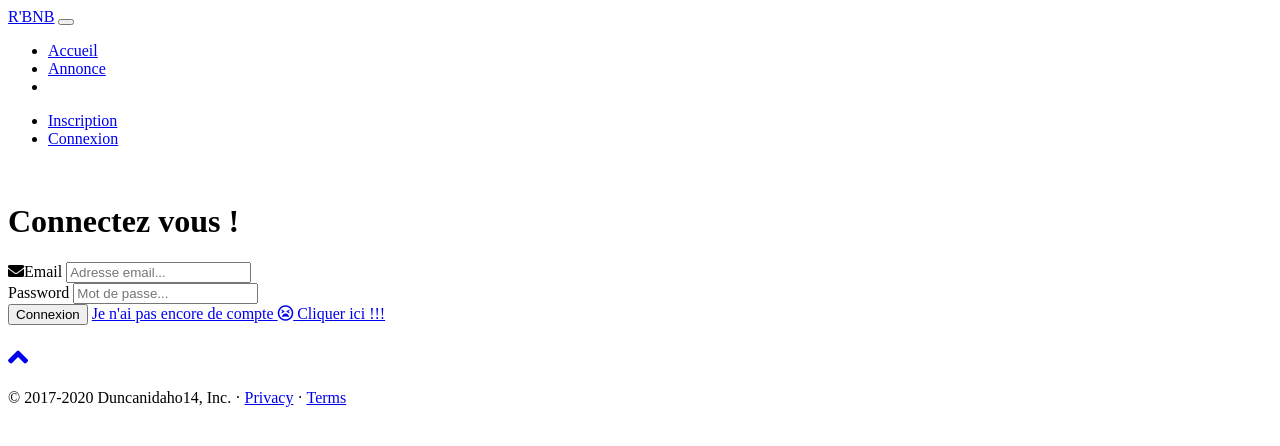
Repository: duncanidaho14/airbnb
Page: templates/account/login.html.twig
An editor plug-in stored every save of this project. The page is shown before and after the next save, followed by the edit.
The browser window is 1280 px wide. The pictures show the whole page.
Some web libraries are served in a nearby version. The page is a Twig template of a Symfony application; nobody is signed in and links lead nowhere. Other server files are loaded and not shown. The template is opened directly, without the code that normally fills it, so the values that code supplies are empty.

Above is the page before, as saved 2020-10-11 02:23:11.

### templates/account/login.html.twig
{% extends 'base.html.twig' %}

{% block title %}Connexion au site{% endblock %}

{% block body %}
<div class="container">
    <div class="row">
        <div class="col-md-3">&nbsp;</div>
        <div class="col-md-6">
            <div class="bg-dark py-3 px3">
                <h1>Connectez vous !</h1>

                {% if hasError %}
                    <div class="alert alert-danger">Une erreur est survenue, le nom d'utilsateur ou alors le mot de passe est invalide</div>
                {% endif %}
                <form action="{{path('account_login')}}" method="post">
                    <div class="form-group">
                        <label for="email"><i class="fas fa-envelope"></i>Email</label>
                        <input type="email" name="_username" id="email" class="form-control" placeholder="Adresse email..." required value="{{username}}">
                    </div>
                    <div class="form-group">
                        <label for="password">Password</label>
                        <input type="password" name="_password" id="password" class="form-control" placeholder="Mot de passe..." required>
                    </div>
                    <div class="form-group">
                        <button type="submit" class="btn btn-success">Connexion</button>
                        <a href="{{path('account_register')}}" class="float-right">Je n'ai pas encore de compte <i class="far fa-tired"></i> Cliquer ici !!!</a>
                    </div>
                </form>
            </div>
        </div>
    </div>
</div>

{% endblock %}

### templates/base.html.twig
<!DOCTYPE html>
<html lang="fr">
    <head>
        <meta charset="UTF-8">
        <meta name="viewport" content="width=device-width, initial-scale=1, shrink-to-fit=no">
        <title>R'BNB {% block title %} R'BNB {% endblock %} </title>
            <link href="https://cdnjs.cloudflare.com/ajax/libs/font-awesome/5.13.0/css/all.min.css" rel="stylesheet">
            <link rel="stylesheet" href="https://unpkg.com/leaflet@1.3.1/dist/leaflet.css" integrity="sha512-Rksm5RenBEKSKFjgI3a41vrjkw4EVPlJ3+OiI65vTjIdo9brlAacEuKOiQ5OFh7cOI1bkDwLqdLw3Zg0cRJAAQ==" crossorigin="" />

            {{ encore_entry_link_tags('app') }}
        {% block stylesheets %}
        {% endblock %}
    </head>
    <body>

        {% include "./layout/header.html.twig" %}

        {% block body %}
        {% endblock %}

        {% include "./layout/footer.html.twig" %}


        <script src="https://unpkg.com/leaflet@1.3.1/dist/leaflet.js" integrity="sha512-/Nsx9X4HebavoBvEBuyp3I7od5tA0UzAxs+j83KgC8PU0kgB4XiK4Lfe4y4cgBtaRJQEIFCW+oC506aPT2L1zw==" crossorigin=""></script>
            {{ encore_entry_script_tags('app') }}
        {% block javascripts %}
        {% endblock %}



    </body>
</html>

### templates/layout/header.html.twig
        <nav class="navbar navbar-expand-lg navbar-dark bg-dark">
            <a class="navbar-brand" href="{{path('home')}}">R'BNB</a>
            <button class="navbar-toggler" type="button" data-toggle="collapse" data-target="#navbarColor02" aria-controls="navbarColor02" aria-expanded="false" aria-label="Toggle navigation">
                <span class="navbar-toggler-icon"></span>
            </button>

            <div class="collapse navbar-collapse" id="navbarColor02">
                <ul class="navbar-nav mr-auto">
                    <li class="nav-item active">
                        <a class="nav-link" href="{{path('home')}}">Accueil</a>
                    </li>
                    <li class="nav-item">
                        <a class="nav-link" href="{{path('annonces_index')}}">Annonce</a>
                    </li>
                    <li class="nav-item">
                        {# <a class="nav-link" href="{{path('about')}}">A propos</a> #}
                        <div  name="" id="backToTop"></div>
                    </li>
                </ul>

                <ul class="navbar-nav ml-auto">
                    {% if app.user %}
                        <li class="nav-item dropdown">
                            <a href="#" class="nav-link dropdown-toogle" data-toggle="dropdown" id="accountDropdownLink">
                                <img src="{{app.user.picture}}" alt="avatar de {{app.user.fullName}}" class="avatar avatar-mini">{{app.user.fullName}}<i class="fas fa-user"></i>
                            </a>
                            <div class="dropdown-menu dopdown-menu-left" aria-labelledby="accountDropdownLink">
                                <a href="{{path('annonces_create')}}" class="dropdown-item">Créer une annonce</a>
                                <a href="{{path('account_index')}}" class="dropdown-item">Mon Compte</a>
                                <a href="{{path('account_bookings')}}" class="dropdown-item">Mes Réservations</a>
                                <a href="{{path('account_profile')}}" class="dropdown-item">Modifier mon profil</a>
                                <div class="dropdown-divider"></div>
                                <a href="{{path('account_logout')}}" class="dropdown-item">Déconnexion</a>
                            </div>
                        </li>
                    {% else %}
                        <li class="nav-item">
                            <a href="{{path('account_register')}}" class="nav-link">Inscription</a>
                        </li>
                        <li class="nav-item">
                            <a href="{{path('account_login')}}" class="nav-link">Connexion</a>
                        </li>
                    {% endif %}
                </ul>
            </div>
        </nav>

        {# message flash #}
        {% for label, messages in app.flashes %}
            <div class="container">
                <div class="alert alert-{{label}}">
                    {% for message in messages %}
                        <p>{{message|raw}}</p>
                    {% endfor %}
                </div>
            </div>
        {% endfor %}

### templates/layout/footer.html.twig
      <!-- FOOTER  Ne pas placer dans le body -->
  <footer class="container">
    <p class="float-right"><a href="#backToTop"><i class="fas fa-angle-up fa-2x"></i></a></p>
    <p>&copy; 2017-2020 Duncanidaho14, Inc. &middot; <a href="#">Privacy</a> &middot; <a href="#">Terms</a></p>
  </footer>

Loaded but not shown: webpack.config.js (common file)

After the next save:
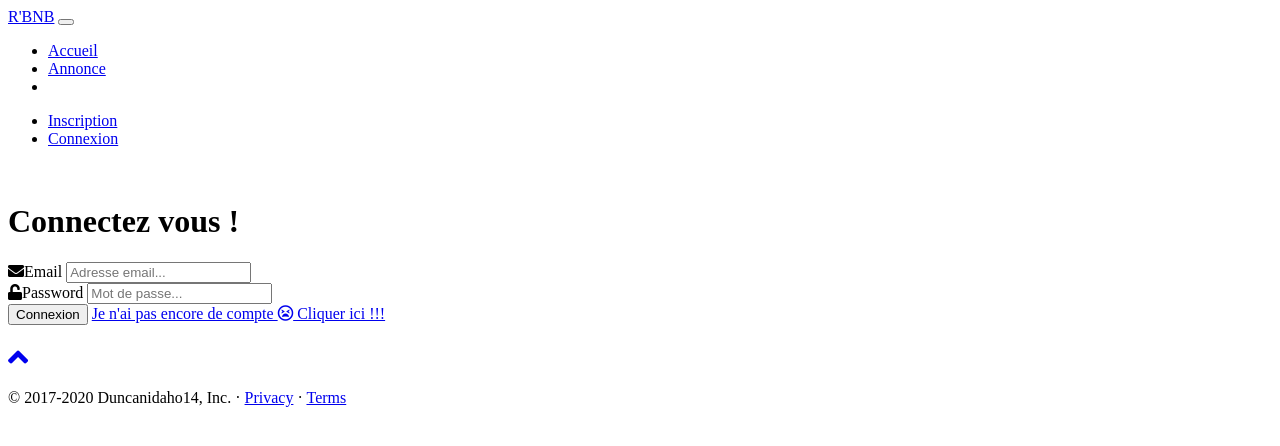
Saved 45 s later.
--- a/templates/account/login.html.twig
+++ b/templates/account/login.html.twig
@@ -19,7 +19,7 @@
                         <input type="email" name="_username" id="email" class="form-control" placeholder="Adresse email..." required value="{{username}}">
                     </div>
                     <div class="form-group">
-                        <label for="password">Password</label>
+                        <label for="password"><i class="fas fa-unlock"></i>Password</label>
                         <input type="password" name="_password" id="password" class="form-control" placeholder="Mot de passe..." required>
                     </div>
                     <div class="form-group">
